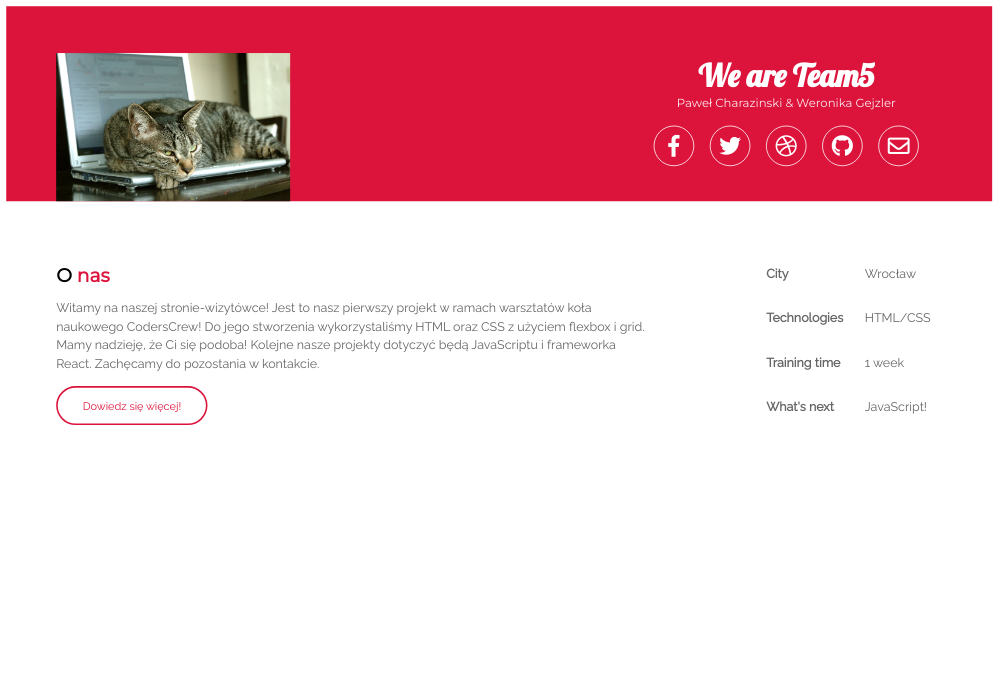
Repository: pietruszka/cc_proj1
Page: index.html
The author's editor kept a copy of each file at every save. The page is drawn from the files as they stood at one save, then again after the next save.
The browser window is 1280 px wide. The pictures show the whole page, at 78% of full size.
Some web libraries are served in a nearby version.

Above is the page before, as saved 2018-11-18 18:39:27.

### index.html
<!DOCTYPE html>
<html lang="en">

<head>
    <meta charset="UTF-8">
    <meta name="viewport" content="width=device-width, initial-scale=1.0">
    <link rel="stylesheet" href="./style.css" />
    <link href="https://fonts.googleapis.com/css?family=Lobster" rel="stylesheet">
    <link href="https://use.fontawesome.com/releases/v5.0.8/css/all.css" rel="stylesheet">
    <link href="https://fonts.googleapis.com/css?family=Montserrat" rel="stylesheet">
    <link href="https://fonts.googleapis.com/css?family=Raleway" rel="stylesheet">
    <title>Team5</title>
</head>

<body>

    <div class="wrapper">
        <div id="top">
            <div id="photo"><img id="photo1" src="people.jpg" alt=""></div>
            <div id="heading">


               <h1 id="heading1">We are Team5</h1>
               <h2 id="heading2">Paweł Charazinski &amp; Weronika Gejzler</h2>
               <div class="nav">

                <div class="nav-item">
                    <a href="#" class="fab fa-facebook-f"></a>
                </div>
                <div class="nav-item">
                    <a href="#" class="fab fa-twitter"></a>
                </div>

                <div class="nav-item">
                    <a href="#" class="fab fa-dribbble"></a>
                </div>
                <div class="nav-item">
                    <a href="#" class="fab fa-github"></a>
                </div>
                <div class="nav-item">
                    <a href="#" class="far fa-envelope"></a>
                </div>
            </div>


            </div>

        </div>

        <div id="bottom">
            <div id="about">
<h1 id="h_about">O <span style="color:crimson">nas</span></h1>
<p id="p_about">Witamy na naszej stronie-wizytówce! Jest to nasz pierwszy projekt w ramach warsztatów koła naukowego CodersCrew! Do jego stworzenia wykorzystaliśmy HTML oraz CSS z użyciem flexbox i grid. Mamy nadzieję, że Ci się podoba! Kolejne nasze projekty dotyczyć będą JavaScriptu i frameworka React. Zachęcamy do pozostania w kontakcie.</p>
<div id="button">Dowiedz się więcej!</div>


            </div>
            <div id="details">
<table>
    <tr>
        <td class="table"><b>City</b></td>
        <td class="table">Wrocław</td>
    </tr>
    <tr>
        <td class="table"><b>Technologies</b></td>
        <td class="table">HTML/CSS</td>
    </tr>
    <tr>
        <td class="table"><b>Training time</b></td>
        <td class="table">1 week</td>
    </tr>
    <tr>
        <td class="table"><b>What's next</b></td>
        <td class="table">JavaScript!</td>
    </tr>
</table>
</div>
        </div>

    </div>
</div>
</body>

</html>

### style.css

#top{
    display: grid;
    grid-template-columns: 3fr auto ;
    grid-template-rows: 250px;
    grid-gap: 5px;
    background-color: crimson;
    color: white;
}
#photo{
    display: flex;
    align-items: flex-end;
    margin: 0 5vw;
}
#photo1{

    max-width: 300px;

}

#heading{

  padding: 5vw;
}

#heading1 {

    font-size: 40px;
    font-weight: 700;
        font-family: 'Lobster', cursive;
    text-align: center;
    margin:0;
   }
   #heading2 {

    font-size: 15px;
    font-weight: 100;
    font-family:  Montserrat;
    text-align: center;
    margin: 0%;
    opacity: 0.9;
    grid-area: 1/2/2/4}

    a {
        color: white;
        text-decoration: none;

    }
    .nav {
        display: flex;
        justify-content: center;
        margin: 20px;

    }

    .nav-item {

        animation: show 0.5s ease-in-out forwards;

        transition: all 0.3s ease-in-out;
        border-radius: 100%;
        border: solid 1px white;

        width: 50px;
        height: 50px;
        margin: 0 10px;
        display: flex;
        align-items: center;
        justify-content: center;

    }

    .nav-item:hover {
        cursor: pointer;

        opacity: 0.5;

    }

    .nav-item a:hover {

        opacity: 0.5;

    }

    .nav-item a {
        font-size: 28px;

    }

#bottom{
    display: grid;
    grid-template-columns: 4fr auto;
    grid-template-rows: 600px;
    grid-gap: 5px;

}
#about{
   margin: 5vw;
}
#h_about{
   font-family:  Montserrat;
    font-style: Bold;
    font-size: 24px;
        text-align: Left;
        line-height: 29px;

}
#p_about{
   color: #666666;
   Font-Family: Raleway;
Font-Style: Regular;
Font-Size: 16px;
Line-Height: 24px;
text-Align: Left;
}
#button{
    border: 2px solid crimson;
    border-radius: 25px;
    background-color: white;
    color: crimson;

    padding: 15px 32px;
    text-align: center;
    text-decoration: none;
    display: inline-block;
    font-size: 14px;
    Font-Family: Raleway;
}



#details{
    margin: 5vw;
    color: #666666;
    Font-Family: Raleway;
 Font-Style: Regular;
 Font-Size: 16px;
 Line-Height: 29px;
 text-Align: Left;
}
.table{
    padding: 1vw;
}

After the next save:
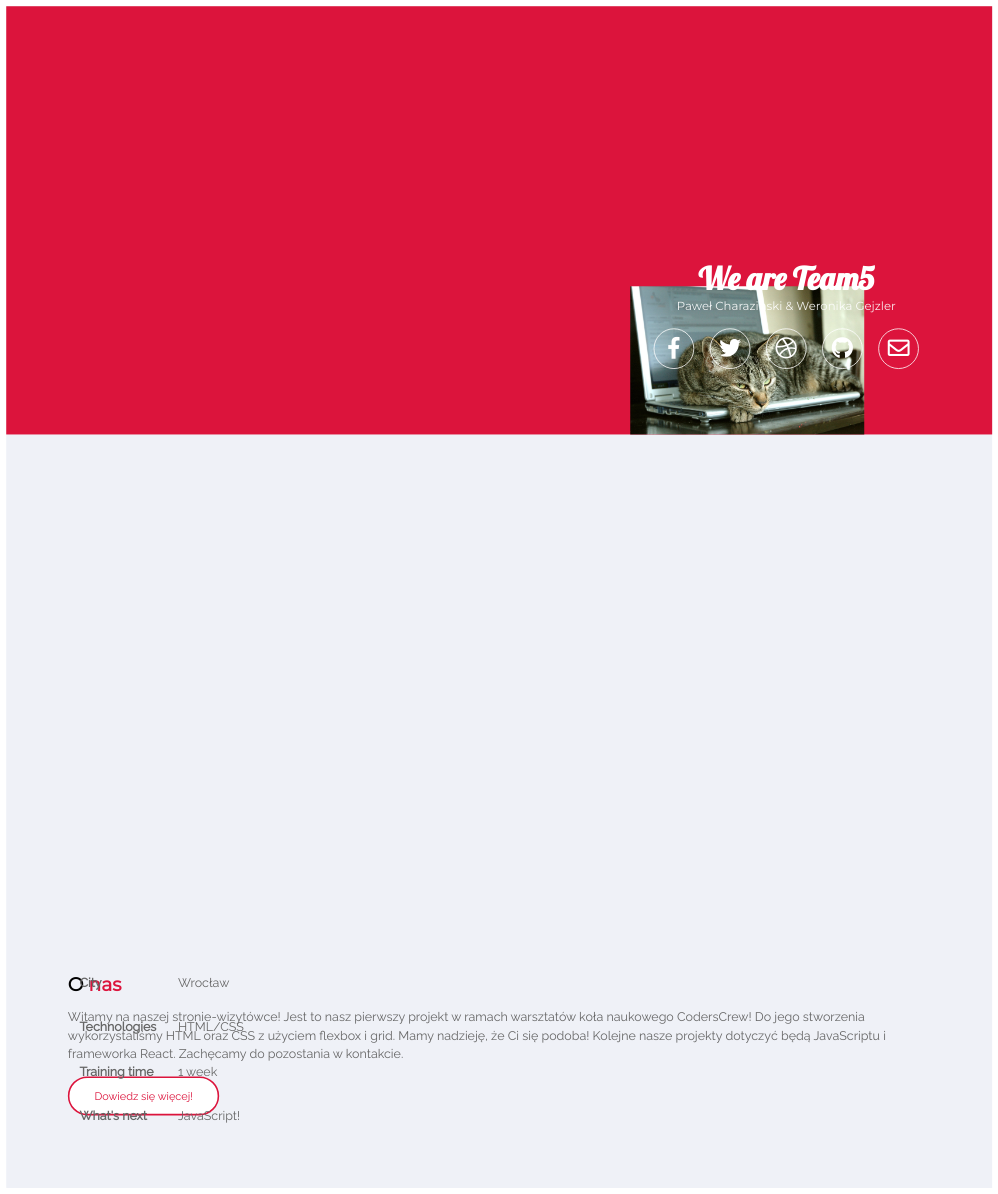
Saved 1 s later.
--- a/style.css
+++ b/style.css
@@ -1,4 +1,6 @@
-
+.wrapper{
+    background: #eff1f7;
+}
 #top{
     display: grid;
     grid-template-columns: 3fr auto ;
@@ -11,6 +13,7 @@
     display: flex;
     align-items: flex-end;
     margin: 0 5vw;
+    grid-area: photo;
 }
 #photo1{
 
@@ -21,6 +24,7 @@
 #heading{
 
   padding: 5vw;
+  grid-area: heading;
 }
 
 #heading1 {
@@ -97,6 +101,7 @@
 }
 #about{
    margin: 5vw;
+   grid-area: about;
 }
 #h_about{
    font-family:  Montserrat;
@@ -138,6 +143,7 @@ text-Align: Left;
  Font-Size: 16px;
  Line-Height: 29px;
  text-Align: Left;
+ grid-area: details;
 }
 .table{
     padding: 1vw;
